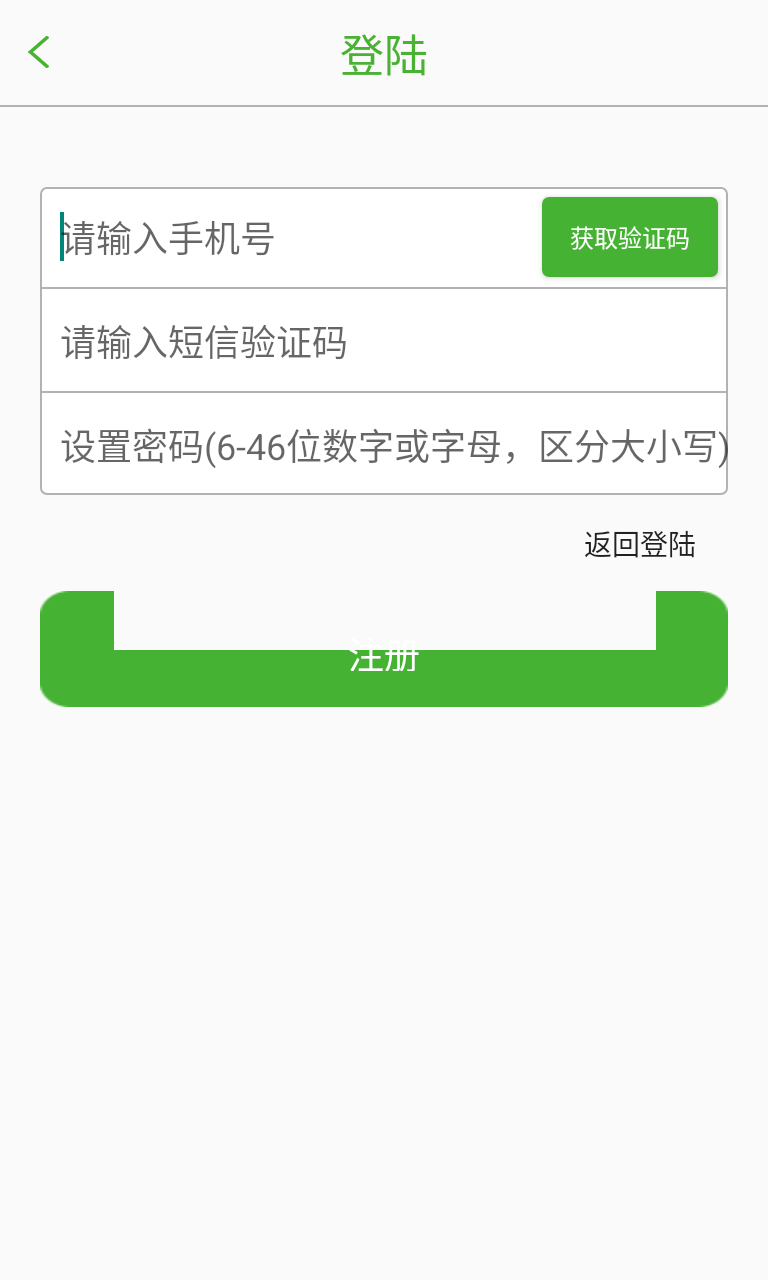
Repository: hjhlove110/XYApp
Layout: XYApp/res/layout/reg_view.xml
These files come from the project's save history. The layout is drawn as it stood at one moment and after the next save; the edit follows.
It is drawn on a 768 x 1280 px phone screen (xhdpi) without system bars, with theme AppTheme; the app's code is not run.

Above is the layout before, as saved 2015-09-24 06:57:16.

After the next save:
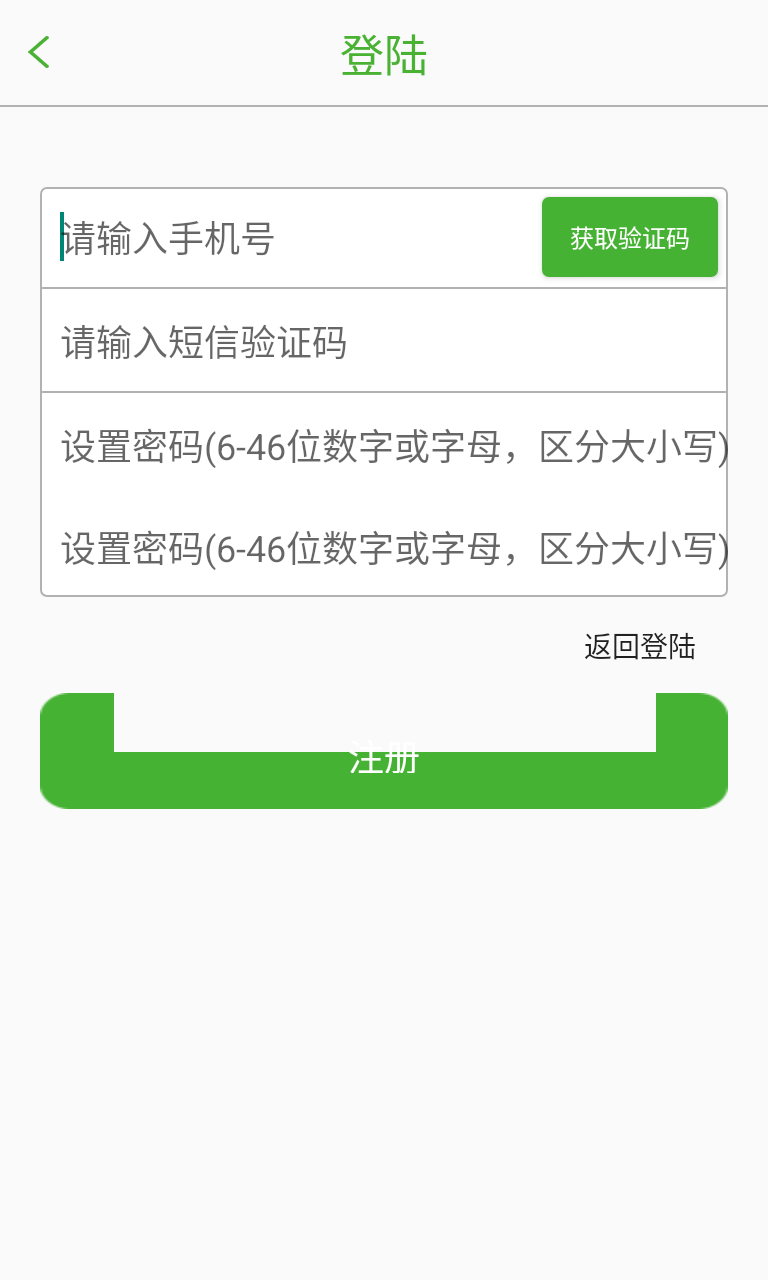
Saved 48 s later.
--- a/XYApp/res/layout/reg_view.xml
+++ b/XYApp/res/layout/reg_view.xml
@@ -84,6 +84,17 @@
             android:paddingLeft="10dp"
             android:singleLine="true" >
         </EditText>
+        <EditText
+            android:id="@+id/repassword"
+            android:layout_width="match_parent"
+            android:layout_height="50dp"
+            android:layout_marginTop="1dip"
+            android:background="@null"
+            android:hint="设置密码(6-46位数字或字母，区分大小写)"
+            android:inputType="textPassword"
+            android:paddingLeft="10dp"
+            android:singleLine="true" >
+        </EditText>
     </LinearLayout>
 
     <Button
